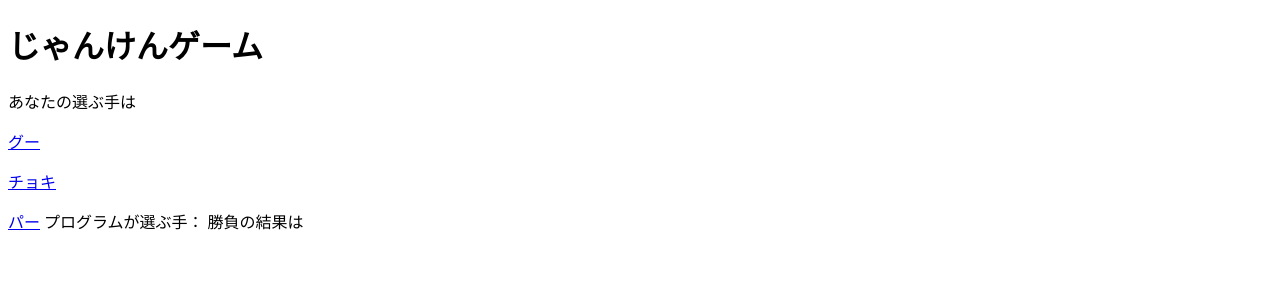
Repository: jh0612/2021_Azure_study
Page: Demoforme/Myproj2/src/main/webapp/Jyanken.html
These files come from the project's save history. The page is drawn as it stood at one moment and after the next save; the edit follows.
The browser window is 1280 px wide. The pictures show the whole page.

Above is the page before, as saved 2021-12-08 05:49:58.

After the next save:
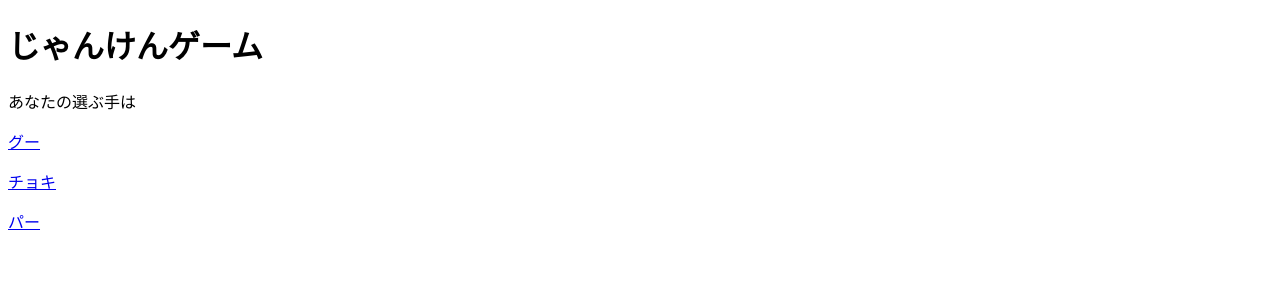
Saved 26 s later.
--- a/Demoforme/Myproj2/src/main/webapp/Jyanken.html
+++ b/Demoforme/Myproj2/src/main/webapp/Jyanken.html
@@ -10,12 +10,5 @@
 	<p><a href="JyankenServlet?te=グー">グー</a>
 	<p><a href="JyankenServlet?te=チョキ">チョキ</a>
 	<p><a href="JyankenServlet?te=パー">パー</a>
-
-
-プログラムが選ぶ手：
-勝負の結果は
-
-
-
 </body>
 </html>
